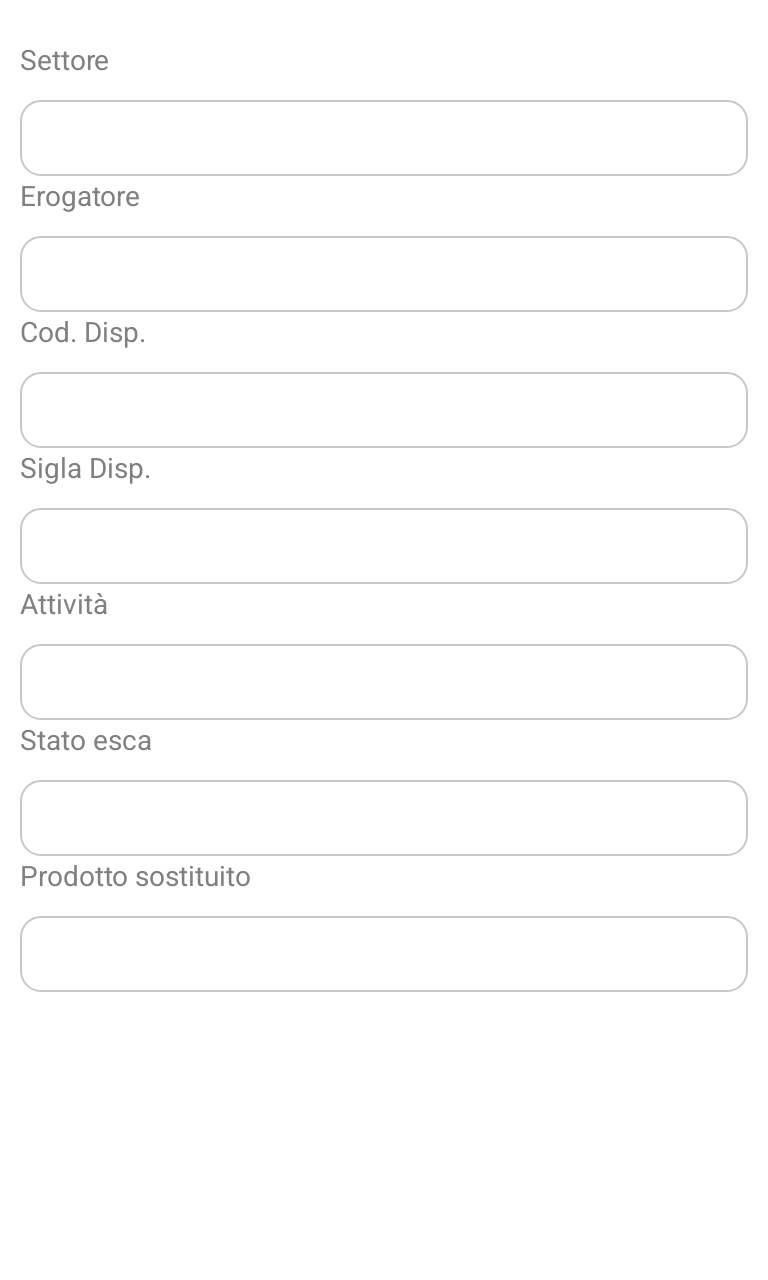
Repository: vincenzotandurella/winimpresamobile
Layout: workspace/WinImpresaMobile/res/layout/view_settore_default.xml
The author's editor kept a copy of each file at every save. The layout is drawn from the files as they stood at one save, then again after the next save.
It is drawn on a 768 x 1280 px phone screen (xhdpi) without system bars, with theme CustomActionBarTheme; the app's code is not run.

Above is the layout before, as saved 2015-09-20 16:21:01.

After the next save:
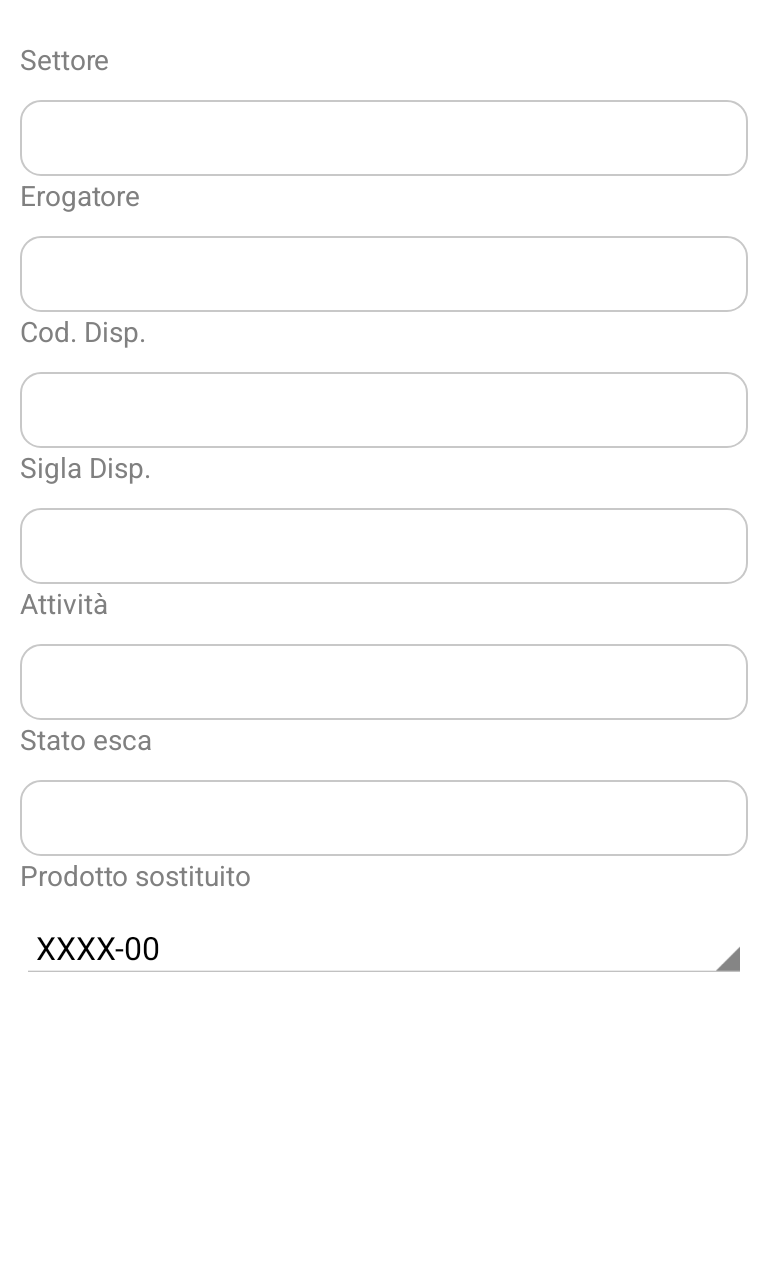
Saved 27 s later.
--- a/workspace/WinImpresaMobile/res/layout/view_settore_default.xml
+++ b/workspace/WinImpresaMobile/res/layout/view_settore_default.xml
@@ -152,18 +152,12 @@
                     android:hint="@string/labelProdottoSost"
                     android:textColor="#fff" />
 
-             <EditText
-                   android:id="@+id/prodottoSost"
+               <Spinner
+                    android:id="@+id/prodottoSost"
                     android:layout_width="match_parent"
                     android:layout_height="wrap_content"
-                    android:background="@drawable/edittext_style"
+                    android:entries="@array/targhe"
                     android:gravity="start"
-                    android:inputType="textMultiLine"
-                    android:maxLines="3"
-                    android:enabled="true"
-                    android:padding="10dp"
-                    android:scrollbars="vertical"
-                    android:textColor="#000"
                     android:textSize="13sp" />
 
 
